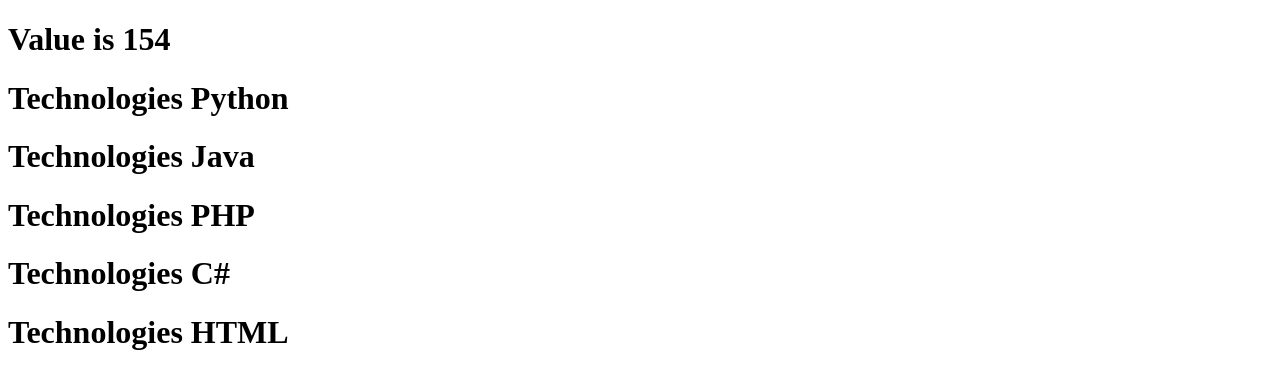
Repository: gautamsonam011/CMS
Page: http://localhost/dtl/
An editor plug-in stored every save of this project. The page is shown before and after the next save, followed by the edit.
The browser window is 1280 px wide. The pictures show the whole page.
The page is served by the project's application, run on Django 5.2 (manage.py). Other server files are loaded and not shown.

Above is the page before, as saved 2025-09-06 16:25:42.

### templates/dtl.html
<!DOCTYPE html>
<html lang="en">
<head>
    <meta charset="UTF-8">
    <meta name="viewport" content="width=device-width, initial-scale=1.0">
    <title>Django Template Language</title>
</head>
<body>
    <form action="" method="POST">
        <!-- If condition  -->

        {% if sum is not none %}
        <h1>Value is {{sum}}</h1>
        {% endif %}

        <!-- For loop  -->

        {% for i in techno %}

        <h1>Technologies {{i}}</h1>

        {% endfor %}

    </form>

</body>
</html>

### CMS/views.py
# Here write your logical code
# This is a business logic layer
from django.http import HttpResponse
from django.shortcuts import render

def client_request_response(request):
    return HttpResponse("<h1>Hello Django Project</h1>")

def request_add_two_numbers(request):
    return HttpResponse("<h1>Add two numbers and sum = 78 </h1>")

def request_message(request):
    return HttpResponse("<h1>'Message type content' refers to either the actual data or text within a message (the content of the message) or, in a technical context, the definition of the structure and type of data a message can hold, such as MIME message types, SAP message types, or message types in programming languages like Java. The specific meaning depends on whether you're talking about the message's substance or its programmatic definition and structure. </h1>")

def my_first_template(request):
    return render(request, 'firstfile.html')

def my_home_page(request):
    return render(request, 'home.html')

def my_about_page(request):
    if request.method == "POST":
        print(request.POST)

        name = request.POST.get("name")
        d = {
            'name': name
        }
        return render(request, "about.html", context=d)

# def my_about_page(request):
    # if request.method == "POST":
    #     print(request.POST)

    #     name = request.POST.get("name")
    #     d = {
    #         'name': name
    #     }
    #     return render(request, "about.html", context=d)

    # # Handle GET request
    # return render(request, "about.html")

def calculator_view(request):
    list_buttons = ['btn1', 'btn2', 'btn3', 'btn4', 'btn5', 'btn6', 'btn7', 'btn8', 'btn9', 'btn0']

    for b in list_buttons:
        if b in request.POST:
            return b[3]
        return -1

    if request.method == "GET":
        resp = render(request, 'calculator.html')
        return resp

    elif request.method == "POST":
        if 'btnsum' in request.POST:
            res = b+b
        elif 'btnsub' in request.POST:
            res = b-b
        elif 'btnmult' in request.POST:
            res = b*b
        elif 'btndiv' in request.POST:
            res = b/b
        elif 'btnmod' in request.POST:
            res = b%b


    d = {'res':res}

    return render(request, context=d)


def dtl_func(request):
    a = 67
    b = 87
    sum = a+b
    l = ["Python", "Java", "PHP", "C#","HTML"]
    d = {
        'sum':sum,
        'techno': l
        }
    return render(request, 'dtl.html', d)

### CMS/urls.py

from django.contrib import admin
from django.urls import path
from . import views

urlpatterns = [
    path('admin/', admin.site.urls),
    path("client/", views.client_request_response),
    path("add/", views.request_add_two_numbers),
    path('message/', views.request_message),
    path('first/', views.my_first_template),
    path('home/', views.my_home_page),
    path('about/', views.my_about_page),
    path('calculator/', views.calculator_view),
    path('dtl/', views.dtl_func),
]

After the next save:
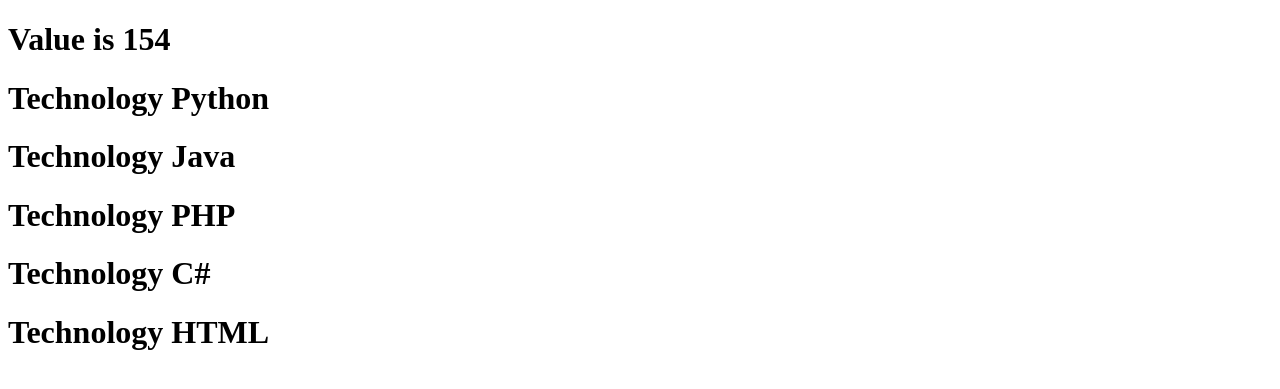
Saved 2 min 7 s later.
--- a/templates/dtl.html
+++ b/templates/dtl.html
@@ -17,7 +17,7 @@
 
         {% for i in techno %}
 
-        <h1>Technologies {{i}}</h1>
+        <h1>Technology {{i}}</h1>
 
         {% endfor %}
 
